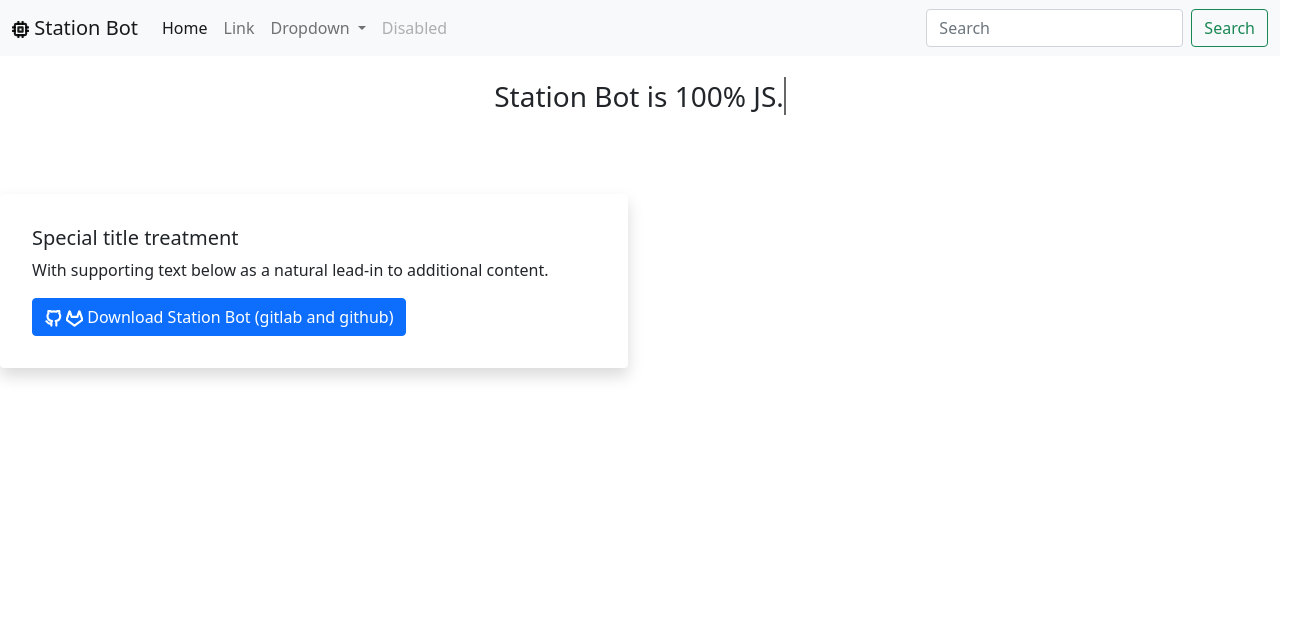
Repository: Valenplayer3000/StationBot-Web
Page: index.html
The author's editor kept a copy of each file at every save. The page is drawn from the files as they stood at one save, then again after the next save.
The browser window is 1280 px wide. The page is 1292 px wide, so the pictures cover 1292 px, including what lies to the right of the window. The pictures show the whole page.
Some web libraries are served in a nearby version.

Above is the page before, as saved 2021-11-02 08:59:24.

After the next save:
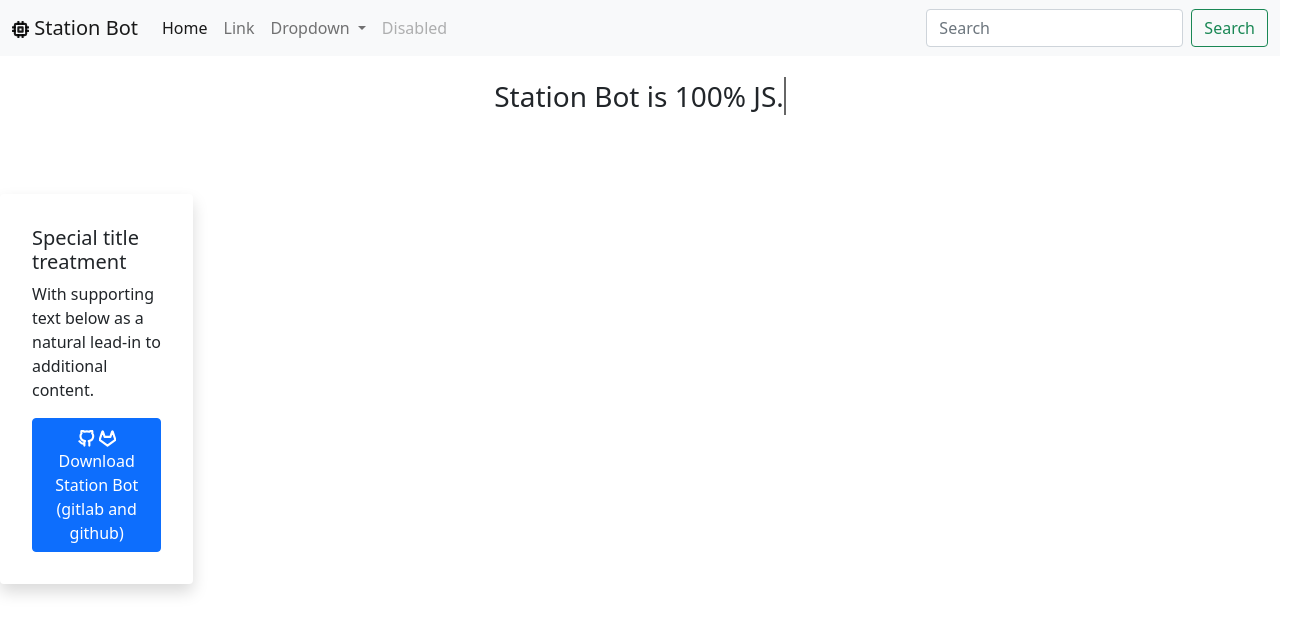
Saved 14 s later.
--- a/index.html
+++ b/index.html
@@ -61,7 +61,7 @@
   <br>
   <br>
     <div class="row">
-        <div class="col-sm-6">
+        <div class="col-sm-2">
           <div class="shadow p-3 mb-5 bg-body rounded">
             <div class="card-body">
               <h5 class="card-title">Special title treatment</h5>

After the save that followed:
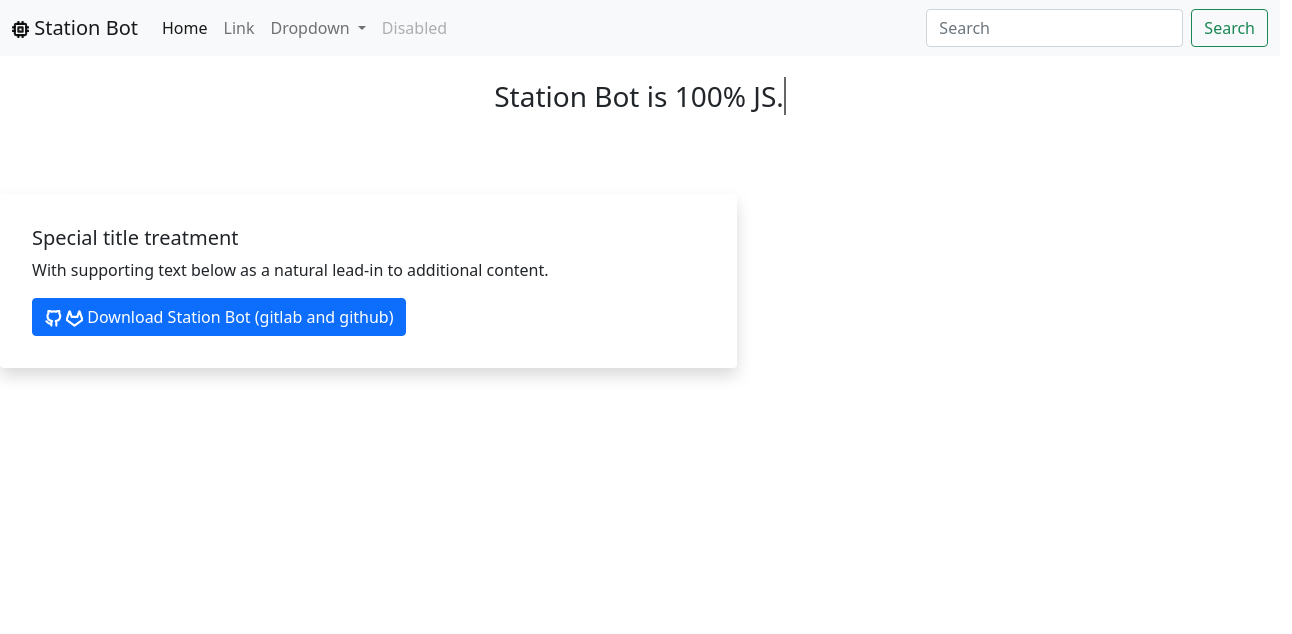
Saved 5 s later.
--- a/index.html
+++ b/index.html
@@ -61,7 +61,7 @@
   <br>
   <br>
     <div class="row">
-        <div class="col-sm-2">
+        <div class="col-sm-7">
           <div class="shadow p-3 mb-5 bg-body rounded">
             <div class="card-body">
               <h5 class="card-title">Special title treatment</h5>
